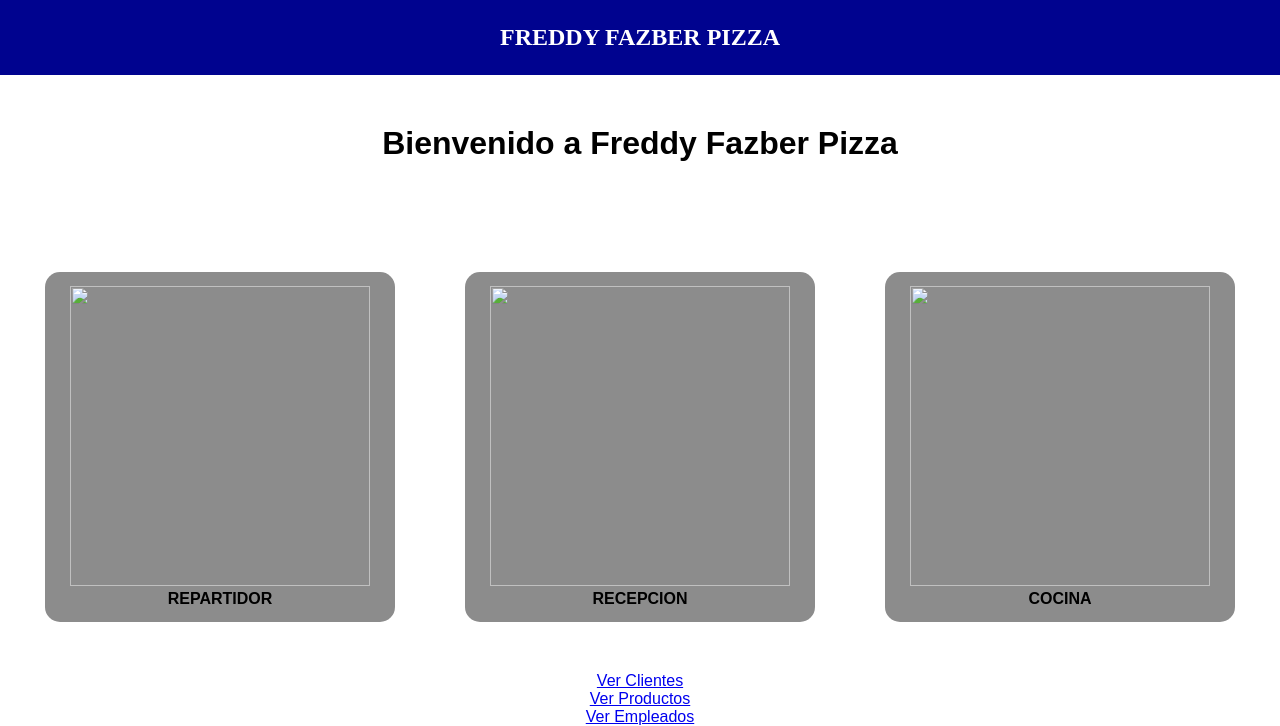
Repository: GabrielManzanilla/FF_Pizzeria
Page: http://localhost/
An editor plug-in stored every save of this project. The page is shown before and after the next save, followed by the edit.
The browser window is 1280 px wide. The pictures show the whole page.
The page is run by PHP 8.4 with error messages shown; the project is at /var/www/html/.

Above is the page before, as saved 2024-05-27 16:43:52.
Not found: FF_Pizzeria/src/img/bag.svg
Not found: FF_Pizzeria/src/img/user.svg

### index.php
<!DOCTYPE html>
<html>

<head>
    <title>MR. PIZZA</title>
    <link rel="stylesheet" href="/FF_Pizzeria/src/css/style.css">
    <link href='https://unpkg.com/boxicons@2.1.4/css/boxicons.min.css' rel='stylesheet'>
</head>

<body>
    <div class="navbar">
        <a href="#" class="title-Super">FREDDY FAZBER PIZZA</a>
    </div>

    <div class="home">
        <h1>Bienvenido a Freddy Fazber Pizza</h1>

        <div class="container">
            <div class="item">
                <div onclick="mostrarRepartidor()">
                    <img src="/FF_Pizzeria/src/img/user.svg" alt="" class="icon">
                    <div>REPARTIDOR</div>
                </div>
            </div>

            <div class="item">
                <div onclick="mostrarRecepcion()">
                    <img src="/FF_Pizzeria/src/img/bag.svg" alt="" class="icon">
                    <div>RECEPCION</div>
                </div>
            </div>
            <div class="item">
                <div onclick="mostrarCocina()">
                    <img src="/FF_Pizzeria/src/img/bag.svg" alt="" class="icon">
                    <div>COCINA</div>
                </div>
            </div>
        </div>

    </div>

    <div>
        <div class="listas">
            <div class="item-lista">
                <a href="/FF_Pizzeria/src/pages/clientes/VerClientes.php">Ver Clientes</a>
            </div>
            <div class="item-lista">
                <a href="/FF_Pizzeria/src/pages/productos/VerDetalles.php">Ver Productos</a>
            </div>
            <div class="item-lista">
                <a href="/FF_Pizzeria/src/pages/empleados/VerEmpleados.php">Ver Empleados</a>
            </div>
        </div>
    </div>
</body>

<script>
    function mostrarRepartidor() {
        window.location.assign("/FF_Pizzeria/src/pages/Repartidor/VerEntregas.php");
    }

    function mostrarRecepcion() {
        window.location.assign("/FF_Pizzeria/src/pages/Reception/Crear_Orden.php");
    }

    function mostrarCocina() {
        window.location.assign("/FF_Pizzeria/src/pages/Cocina/cocina.php");
    }
</script>
</body>

</html>

### src/css/style.css
body {
    font-family: Arial, sans-serif;
    background-color: #f2f2f2;
    margin: 0;
    padding: 0;
}

.main {
    width: 80%;
    margin: 50px auto;
    background-color: #fff;
    padding: 20px;
    border-radius: 10px;
    box-shadow: 0 0 10px rgba(0, 0, 0, 0.1);
}

.input-field {
    width: calc(100% - 20px);
    margin-bottom: 10px;
    padding: 10px;
    border: 1px solid #ccc;
    border-radius: 5px;
    font-size: 16px;
}

.error-message {
    color: red;
    font-size: 14px;
}

.submit-button {
    background-color: #007bff;
    color: #fff;
    border: none;
    padding: 10px 20px;
    border-radius: 5px;
    font-size: 16px;
    cursor: pointer;
}

.submit-button:hover {
    background-color: #0056b3;
}

h2 {
    margin-top: 20px;
    margin-bottom: 10px;
}

table {
    width: 100%;
    border-collapse: collapse;
}

th, td {
    padding: 8px;
    text-align: left;
    border-bottom: 1px solid #ddd;
}

tr:hover {
    background-color: #f2f2f2;
}

.link {
    color: #007bff;
    text-decoration: none;
    margin-top: 20px;
    display: inline-block;
}

.link:hover {
    text-decoration: underline;
}

body {
    font-family: Arial, sans-serif;
    background-color: #fff;
    /* Color de fondo */
    margin: 0;
    padding: 0;
    text-align: center;
    align-items: center;
    justify-content: center;
}

/* Estilos para la barra de navegación */
.navbar {
    background-color: #00038F;
    /* Color de fondo */
    text-align: center;
    /* Centra el contenido */
    top: 0;
    left: 0;
    width: 100%;
}

/* Estilos para los enlaces en la barra de navegación */
.navbar a {
    display: block;
    color: #fff;
    /* Color del texto */
    text-align: center;
    padding: 24px 20px;
    text-decoration: none;
    font-size: 24px;
    font-family: 'Times New Roman', Times, serif;
    font-weight: bold;
}

/* Pantalla Principal */
.home {
    text-align: center;
    margin-top: 50px;

}

.container {
    width: auto;
    height: 450px;
    margin-top: 50px;
    padding-left: 100px;
    padding-right: 100px;
    padding-top: 10px;

    justify-content: center;
    align-items: center;

    display: grid;
    grid-template-columns: 400px 400px 400px;
    grid-template-rows: auto;
    grid-gap: 20px;

}

.item {
    height: 350px;
    width: 350px;
    background-color: #8c8c8c;
    font-weight: bold;
    justify-content: center;
    justify-self: center;
    align-items: center;
    display: flex;
    border-radius: 15px;
}

.item:hover {
    height: 370px;
    width: 370px;
    background-color: #00038F;
    font-weight: bold;
}

.item:hover div{
    color: #fff;
}

.item a {
    color: inherit;
    text-decoration: none;
    font-size: 40px;
}

.icon {
    width: 300px;
    height: 300px;
}

.submenu {
    display: none;
    position: absolute;
    top: 0;
    left: 0;
    width: 100%;
    height: 100%;
    background-color: rgba(0, 0, 0, 0.5);
    z-index: 150;
}

.content{
    position: absolute;
    top: 50%;
    left: 50%;
    width: 400px;
    transform: translate(-50%, -50%);
    background-color: white;
    padding: 20px;
    border-radius: 5px;
    box-shadow: 0 0 10px rgba(0, 0, 0, 0.3);
    background-color: gray;
    display: grid;
    z-index: 99;
    grid-gap: 10px;
}
.option{
    color: #00038F;

}
.option:hover{
    color: white;
    background-color: #00038F;
}

.close{
    position: absolute;
    top: 10px;
    right: 10px;
    cursor: pointer;
}


.main {
    width: 100%;
    padding-top: 100px;
    height: auto;
    display: flex;
    justify-content: center;
    position: relative;
}

.form {
    position: relative;
    background-color: #8c8c8c;
    width: 500px;
    padding: 20px;
    border-radius: 10px;
}

After the next save:
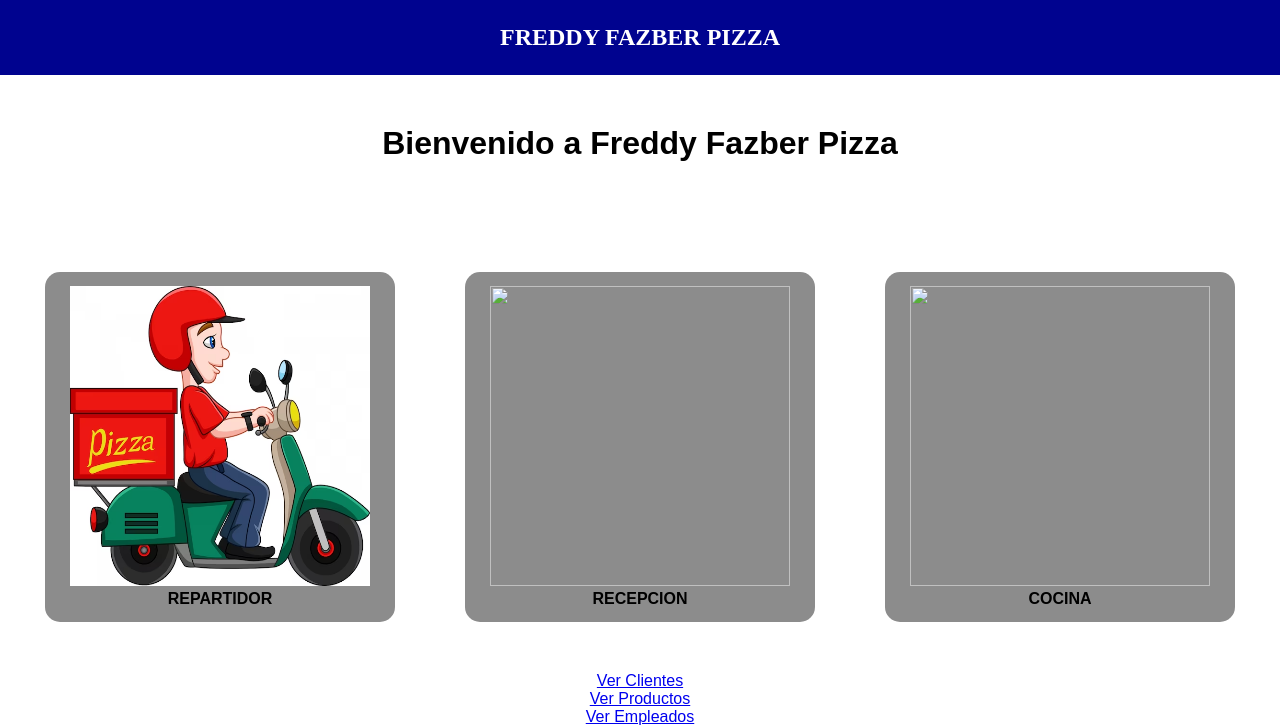
Saved 56 min 27 s later.
--- a/index.php
+++ b/index.php
@@ -18,7 +18,7 @@
         <div class="container">
             <div class="item">
                 <div onclick="mostrarRepartidor()">
-                    <img src="/FF_Pizzeria/src/img/user.svg" alt="" class="icon">
+                    <img src="../FF_Pizzeria/imgg/repartidor.avif" alt="" class="icon">
                     <div>REPARTIDOR</div>
                 </div>
             </div>
